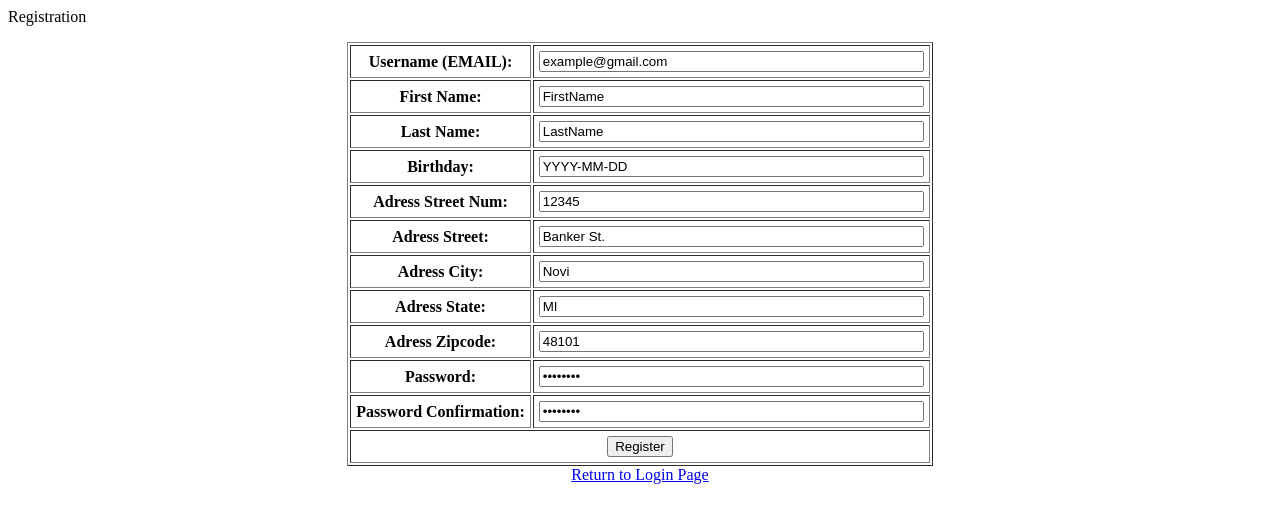
Repository: jrule5960/Tree-Cutting-Database
Page: http://localhost/database/register.jsp
These files come from the project's save history. The page is drawn as it stood at one moment and after the next save; the edit follows.
The browser window is 1280 px wide. The pictures show the whole page.
The page is served by Tomcat 9. Other server files are loaded and not shown.

Above is the page before, as saved 2023-10-16 16:41:01.

### database/WebContent/register.jsp
<%@ page language="java" contentType="text/html; charset=ISO-8859-1"
    pageEncoding="ISO-8859-1"%>
<!DOCTYPE html>
<html>
<head><title>Registration</title></head>
<body>
<head>Registration</head>

	<div align="center">
		<p> ${errorOne } </p>
		<p> ${errorTwo } </p>
		<form action="register">
			<table border="1" cellpadding="5">
				<tr>
					<th>Username (EMAIL): </th>
					<td align="center" colspan="3">
						<input type="text" name="email" size="45"  value="example@gmail.com" onfocus="this.value=''">
					</td>
				</tr>
				<tr>
					<th>First Name: </th>
					<td align="center" colspan="3">
						<input type="text" name="firstName" size="45" value="FirstName" onfocus="this.value=''">
					</td>
				</tr>
				<tr>
					<th>Last Name: </th>
					<td align="center" colspan="3">
						<input type="text" name="lastName" size="45" value="LastName" onfocus="this.value=''">
					</td>
				</tr>
				<tr>
					<th>Birthday: </th>
					<td align="center" colspan="3">
						<input type="text" name="birthday" size="45" value="YYYY-MM-DD" onfocus="this.value=''">
					</td>

				</tr>

				<tr>
					<th>Adress Street Num: </th>
					<td align="center" colspan="3">
						<input type="text" name="adress_street_num" size="45" value="12345" onfocus="this.value=''">
					</td>

				</tr>
				<tr>
					<th>Adress Street: </th>
					<td align="center" colspan="3">
						<input type="text" name="adress_street" size="45" value="Banker St." onfocus="this.value=''">
					</td>

				</tr>

				<tr>
					<th>Adress City: </th>
					<td align="center" colspan="3">
						<input type="text" name="adress_city" size="45" value="Novi" onfocus="this.value=''">
					</td>

				</tr>
				<tr>
					<th>Adress State: </th>
					<td align="center" colspan="3">
						<input type="text" name="adress_state" size="45" value="MI" onfocus="this.value=''">
					</td>

				</tr>
				<tr>
					<th>Adress Zipcode: </th>
					<td align="center" colspan="3">
						<input type="text" name="adress_zip_code" size="45" value="48101" onfocus="this.value=''">
					</td>

				</tr>

				<tr>
					<th>Password: </th>
					<td align="center" colspan="3">
						<input type="password" name="password" size="45" value="password" onfocus="this.value=''">
					</td>
				</tr>
				<tr>
					<th>Password Confirmation: </th>
					<td align="center" colspan="3">
						<input type="password" name="confirmation" size="45" value="password" onfocus="this.value=''">
					</td>

				</tr>
				<tr>
					<td align="center" colspan="5">
						<input type="submit" value="Register"/>
					</td>
				</tr>
			</table>
			<a href="login.jsp" target="_self">Return to Login Page</a>
		</form>
	</div>
</body>

After the next save:
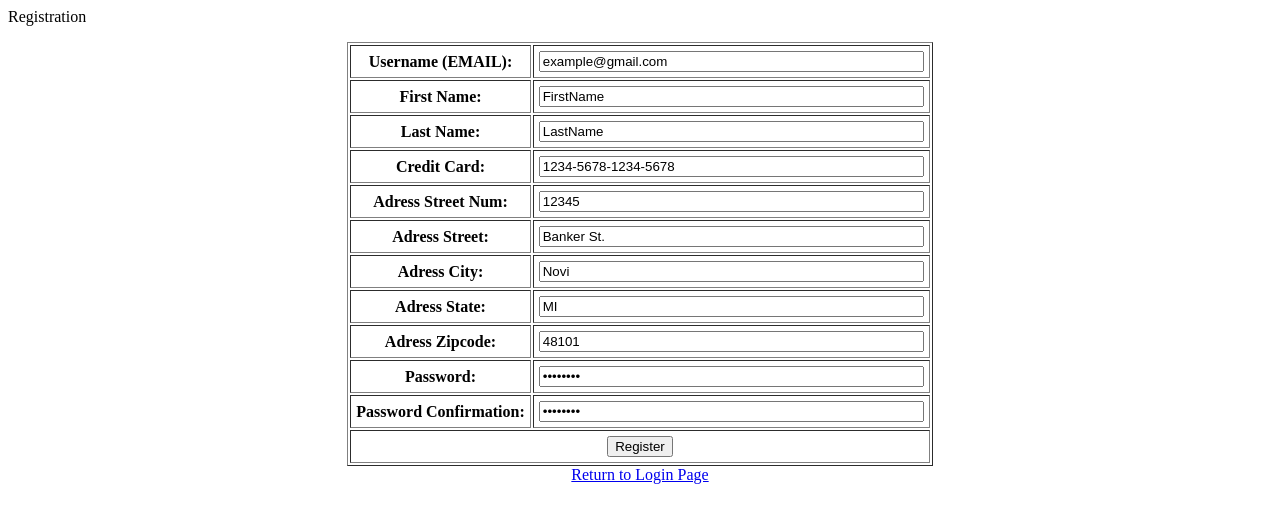
Saved 2 min 40 s later.
--- a/database/WebContent/register.jsp
+++ b/database/WebContent/register.jsp
@@ -30,9 +30,9 @@
 					</td>
 				</tr>
 				<tr>
-					<th>Birthday: </th>
+					<th>Credit Card: </th>
 					<td align="center" colspan="3">
-						<input type="text" name="birthday" size="45" value="YYYY-MM-DD" onfocus="this.value=''">
+						<input type="text" name="birthday" size="45" value="1234-5678-1234-5678" onfocus="this.value=''">
 					</td>
 
 				</tr>
